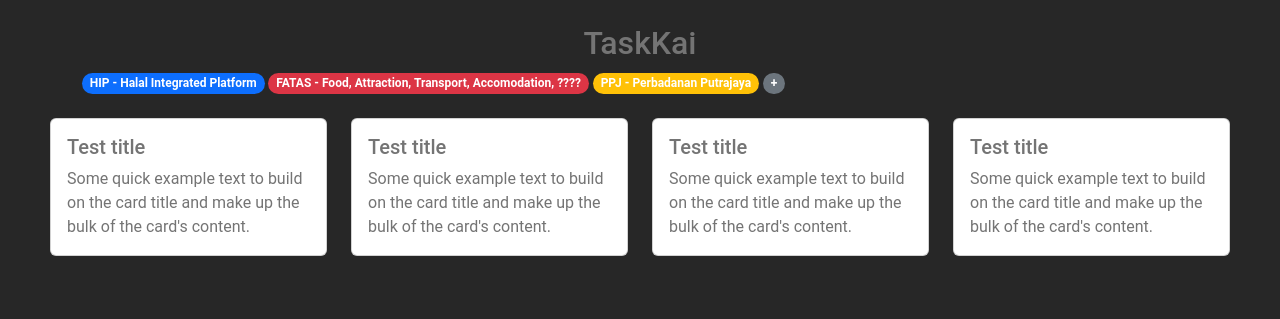
Repository: faizhakimi99/TaskKai
Page: src/views/index.html
These files come from the project's save history. The page is drawn as it stood at one moment and after the next save; the edit follows.
The browser window is 1280 px wide. The pictures show the whole page.

Above is the page before, as saved 2025-01-27 12:45:05.

### src/views/index.html
<!DOCTYPE html>
<html lang="en">

<head>
    <meta charset="UTF-8">
    <meta name="viewport" content="width=device-width, initial-scale=1.0">
    <title>Task Kai</title>
    <link rel="stylesheet" href="/plugins/css/bootstrap.min.css" type="text/css">
    <link rel="stylesheet" href="/customStyle/style.css" type="text/css">
</head>

<body>
    <div class="mt-4"></div>
    <div id="notes-header" class="container">
        <div class="row">
            <div class="col-lg-12 text-center">
                <h2>TaskKai</h2>
            </div>
        </div>
    </div>

    <div id="list-project" class="container">
        <div class="row">
            <div class="col-lg-12">
                <span class="rounded-pill badge bg-primary">HIP - Halal Integrated Platform</span>
                <span class="rounded-pill badge bg-danger">FATAS - Food, Attraction, Transport, Accomodation, ????</span>
                <span class="rounded-pill badge bg-warning">PPJ - Perbadanan Putrajaya</span>
                <span class="rounded-pill badge bg-secondary">+</span>
            </div>
        </div>
    </div>

    <div id="kanban-project" class="custom-margin-container mt-4">
        <div class="row">
            <div class="col-lg-3">
                <div class="card h-100">
                    <div class="card-body">
                        <h5 class="card-title">Test title</h5>
                        <span>Some quick example text to build on the card title and make up the bulk of the card's content.</span>
                    </div>
                </div>
            </div>
            <div class="col-lg-3">
                <div class="card h-100">
                    <div class="card-body">
                        <h5 class="card-title">Test title</h5>
                        <span>Some quick example text to build on the card title and make up the bulk of the card's content.</span>
                    </div>
                </div>
            </div>
            <div class="col-lg-3">
                <div class="card h-100">
                    <div class="card-body">
                        <h5 class="card-title">Test title</h5>
                        <span>Some quick example text to build on the card title and make up the bulk of the card's content.</span>
                    </div>
                </div>
            </div>
            <div class="col-lg-3">
                <div class="card h-100">
                    <div class="card-body">
                        <h5 class="card-title">Test title</h5>
                        <span>Some quick example text to build on the card title and make up the bulk of the card's content.</span>
                    </div>
                </div>
            </div>
        </div>
    </div>


    <script src="/plugins/js/bootstrap.min.js"></script>
</body>

</html>

### src/public/customStyle/style.css
:root {
    --background-color: #272727;
    --primary-color: #747474;
    --secondary-color: #ff652f;
    --third-color: #ffe400;
    --fourth-color: #14a76c;
    --font-family: 'Roboto', sans-serif;
    --spacing: 16px;
}

body {
    font-size: 16px;
    font-family: var(--font-family);
    color: var(--primary-color);
    background-color: var(--background-color);
}

.custom-margin-container {
    margin-left: 50px;
    margin-right: 50px;
}

Loaded but not shown: src/public/plugins/css/bootstrap.min.css (library); src/public/plugins/js/bootstrap.min.js (library)

After the next save:
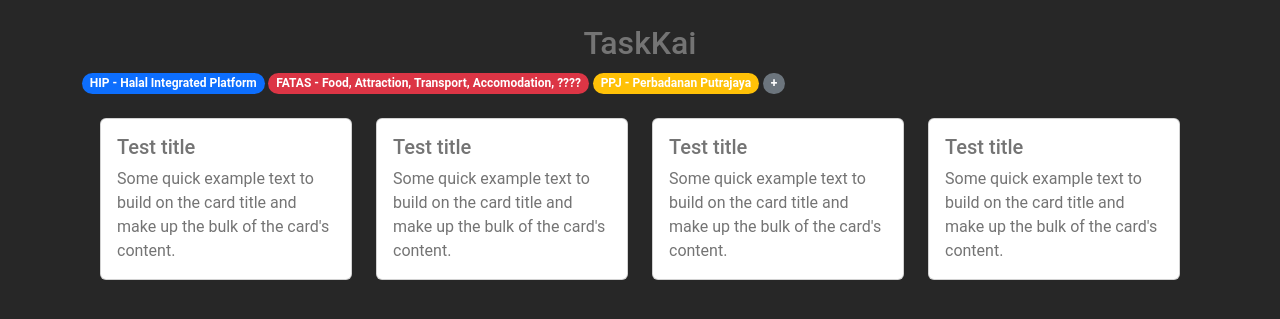
Saved 12 s later.
--- a/src/public/customStyle/style.css
+++ b/src/public/customStyle/style.css
@@ -16,6 +16,6 @@ body {
 }
 
 .custom-margin-container {
-    margin-left: 50px;
-    margin-right: 50px;
+    margin-left: 100px;
+    margin-right: 100px;
 }
